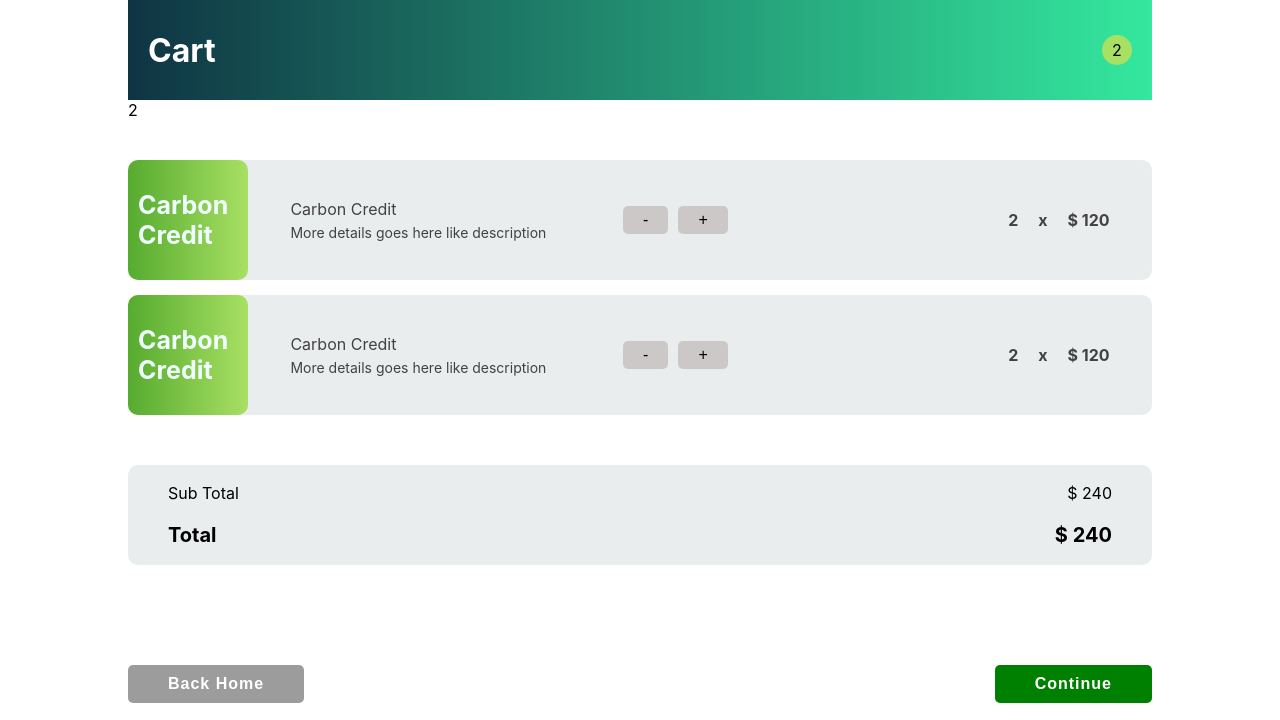
Repository: Yowani24/CarbonApp
Page: /cart
These files come from the project's save history. The page is drawn as it stood at one moment and after the next save; the edit follows.
The browser window is 1280 px wide. The pictures show the whole page.
The project was rebuilt for these pictures with package versions that can differ from the ones it lists, and the page was loaded fresh each time. The framework's server and built-in components were replaced by stand-ins that run in the browser. Also part of the build but not shown: next.config.js.

Above is the page before, as saved 2021-09-27 12:23:53.

After the next save:
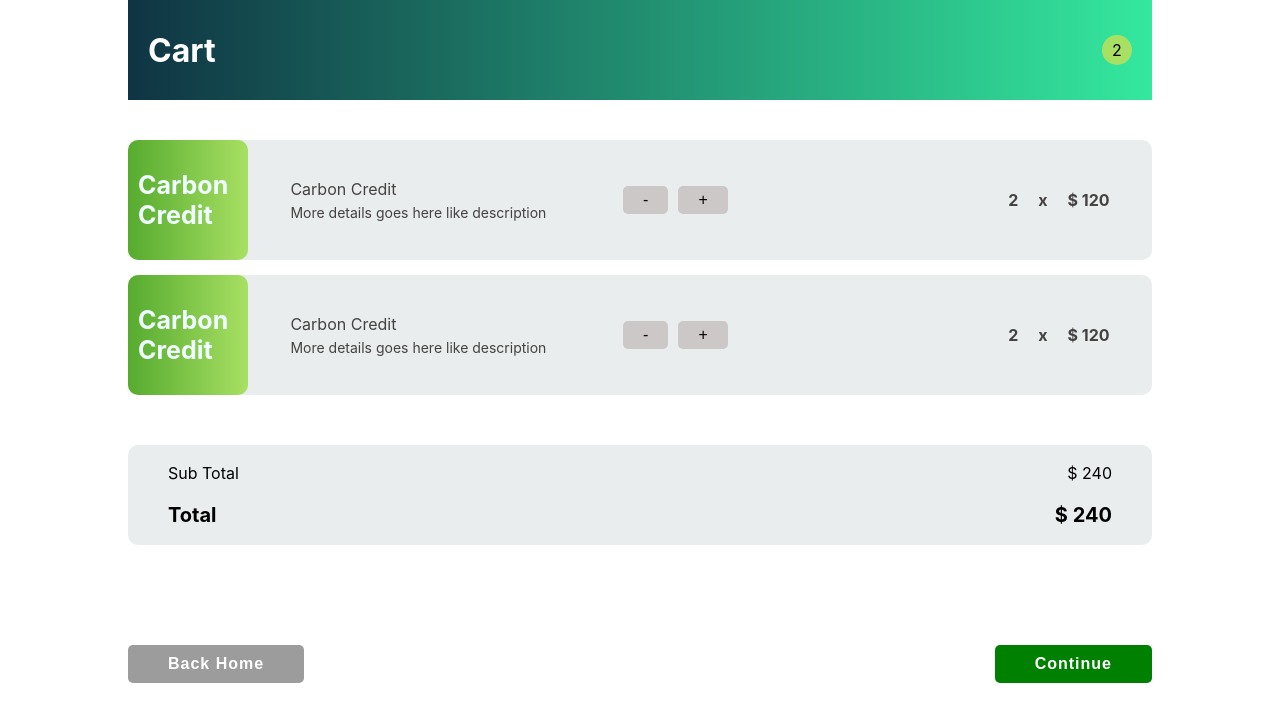
Saved 17 s later.
--- a/pages/cart/index.js
+++ b/pages/cart/index.js
@@ -19,14 +19,13 @@ export default function Cart(props) {
               <div className={styles.interface}>
                     <div className={styles.header_content}>
                         <h1>Cart</h1>
-                        <p>2</p>
+                        <p>{cartItems.length}</p>
                     </div>
               </div>
           </header>
 
           <section>
               <div className={styles.interface}>
-                  {cartItems.length}
                   <div className={styles.boxes}>
                       {cartItems.map(item => (
                           <div className={styles.content_box}>
